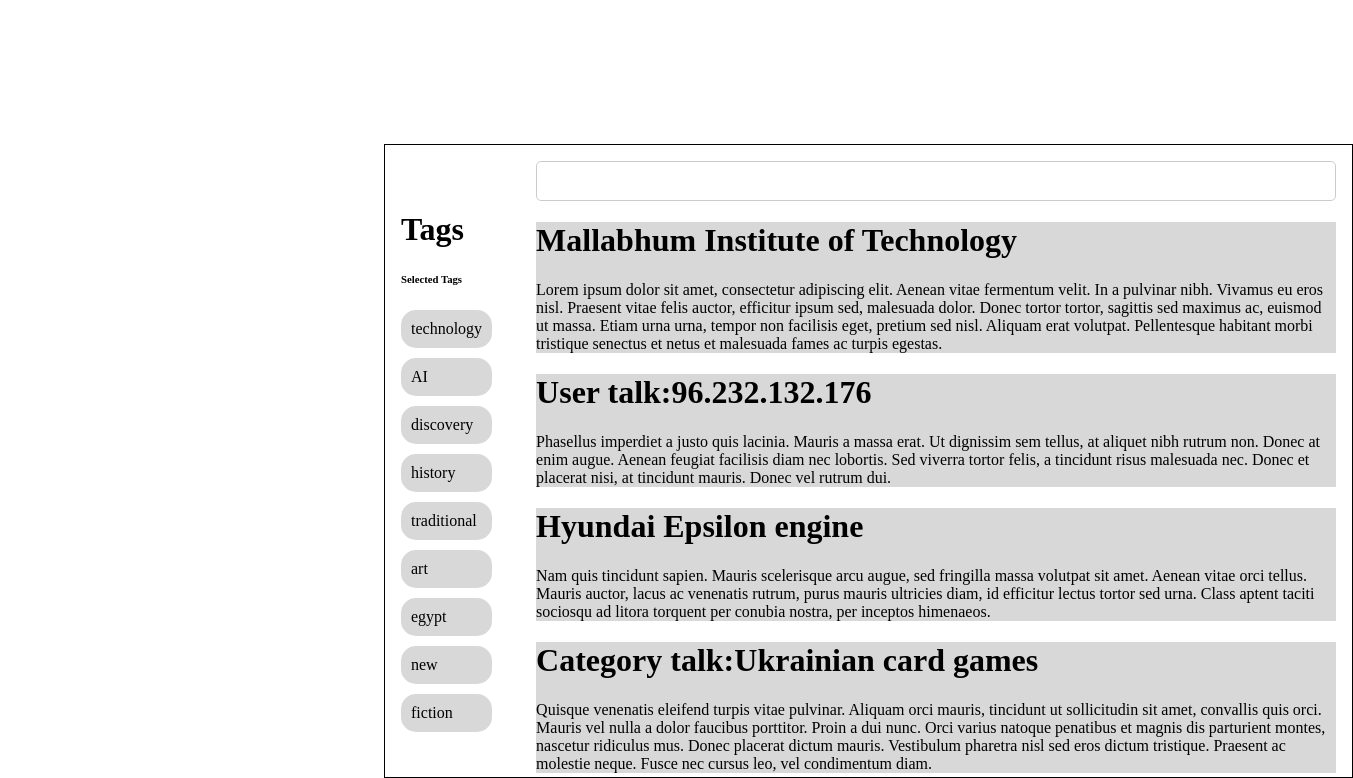
Repository: KelaiAffaf/bridger
Page: /
An editor plug-in stored every save of this project. The page is shown before and after the next save, followed by the edit.
The browser window is 1280 px wide. The page is 1353 px wide, so the pictures cover 1353 px, including what lies to the right of the window. The pictures show the whole page.
The project was rebuilt for these pictures with package versions that can differ from the ones it lists, and the page was loaded fresh each time. Also part of the build but not shown: vite.config.js.

Above is the page before, as saved 2023-06-08 11:44:06.

### src/App.jsx
// eslint-disable-next-line no-unused-vars
import React, { useState } from "react";
import { data } from "./NewComponents/data.js";
import Tag from "./NewComponents/Tag";
import InfoBox from "./NewComponents/InfoBox";

function App() {


  const [value, setValue] = useState("");
  const [selectedTags, setSelectedTags] = useState([]);

  const handleTagClick = (tag) => {
    if (selectedTags.includes(tag)) {
      setSelectedTags(selectedTags.filter((t) => t !== tag));
    } else {
      setSelectedTags([...selectedTags, tag]);
    }
  };


  const getTags = (data) => {
    const tagsArray = [];

    data.forEach((user) => {
      user.tags.forEach((tag) => {
        if (!tagsArray.includes(tag)) {
          tagsArray.push(tag);
        }
      });
    });

    return tagsArray;
  };

  const uniqueTags = getTags(data);

  return (
    <div
      style={{
        display: "flex",
        alignItems: "center",
        gap: 44,
        height: "600px",
        border: "1px solid black",
        overflow: "hidden",
        position: "absolute",
        top: "20%",
        left: "30%",
        padding: "16px"
      }}
    >
      <div>
        <h1>Tags</h1>
        <h6>Selected Tags</h6>

        <Tag
        tags={uniqueTags}
        onTagClick={handleTagClick}
         />
      </div>

      <div style={{ height: "600px" }}>
        <input
          onChange={(e) => setValue(e.target.value)}
          style={{
            padding: '10px',
            border: '1px solid #ccc',
            borderRadius: '5px',
            fontSize: '16px',
            width: '100%',
            boxSizing: 'border-box'
          }}
        />

        <div style={{ overflow: "scroll" }}>
          {data &&
            data.map((user) => (
              <div key={user.id}>
                {(user.title.includes(value) ||
                  user.content.includes(value)
                  ||
                  user.tags.includes(selectedTags)
                  ) && (
                  <InfoBox title={user.title} body={user.content} />
                )}
              </div>
            ))}
        </div>
      </div>
    </div>
  );

}

export default App;

### src/NewComponents/data.js
// articles
export const  data = [
    {
        "id": 1,
        "title": "Mallabhum Institute of Technology",
        "content": "Lorem ipsum dolor sit amet, consectetur adipiscing elit. Aenean vitae fermentum velit. In a pulvinar nibh. Vivamus eu eros nisl. Praesent vitae felis auctor, efficitur ipsum sed, malesuada dolor. Donec tortor tortor, sagittis sed maximus ac, euismod ut massa. Etiam urna urna, tempor non facilisis eget, pretium sed nisl. Aliquam erat volutpat. Pellentesque habitant morbi tristique senectus et netus et malesuada fames ac turpis egestas.",
        "tags": ["technology", "AI", "discovery"]
    },
    {
        "id": 2,
        "title": "User talk:96.232.132.176",
        "content": "Phasellus imperdiet a justo quis lacinia. Mauris a massa erat. Ut dignissim sem tellus, at aliquet nibh rutrum non. Donec at enim augue. Aenean feugiat facilisis diam nec lobortis. Sed viverra tortor felis, a tincidunt risus malesuada nec. Donec et placerat nisi, at tincidunt mauris. Donec vel rutrum dui.",
        "tags": ["history","technology", "traditional"]
    },
    {
        "id": 3,
        "title": "Hyundai Epsilon engine",
        "content": "Nam quis tincidunt sapien. Mauris scelerisque arcu augue, sed fringilla massa volutpat sit amet. Aenean vitae orci tellus. Mauris auctor, lacus ac venenatis rutrum, purus mauris ultricies diam, id efficitur lectus tortor sed urna. Class aptent taciti sociosqu ad litora torquent per conubia nostra, per inceptos himenaeos.",
        "tags": ["art","egypt"]
    },
    {
        "id": 4,
        "title": "Category talk:Ukrainian card games",
        "content": "Quisque venenatis eleifend turpis vitae pulvinar. Aliquam orci mauris, tincidunt ut sollicitudin sit amet, convallis quis orci. Mauris vel nulla a dolor faucibus porttitor. Proin a dui nunc. Orci varius natoque penatibus et magnis dis parturient montes, nascetur ridiculus mus. Donec placerat dictum mauris. Vestibulum pharetra nisl sed eros dictum tristique. Praesent ac molestie neque. Fusce nec cursus leo, vel condimentum diam.",
        "tags": ["discovery","history"]
    },
    {
        "id": 5,
        "title": "Pellentesque non vulputate dolor",
        "content": "Fusce aliquam scelerisque lorem, a gravida ante efficitur eu. Duis ultricies leo scelerisque ante lacinia, ac viverra elit aliquam. Nullam at faucibus nisl. Nunc fringilla in urna sed suscipit. Integer in ipsum lectus. Pellentesque non vulputate dolor, vel scelerisque sapien. Nulla facilisi. Duis at sodales lacus. In hac habitasse platea dictumst.",
        "tags": ["new","fiction"]
    }
  ]

### src/NewComponents/Tag.jsx
/* eslint-disable react/prop-types */
/* eslint-disable no-unused-vars */
import React from 'react'

function Tag({tags,onTagClick}) {
  return (
   <div>
    <div
    style={{
     display:"flex",
     flexDirection:"column",
     gap:10,
    }}
    >
      {tags && tags.map((ele,index)=>
      <div
      style={{
        borderRadius: '15px',
        backgroundColor: '#D8D8D8',
        padding: '10px',
      }}
      key={index} onClick={() => onTagClick(ele)} >
        {ele}
      </div>)
    }
    </div>
   </div>
  )
}

export default Tag

### src/NewComponents/InfoBox.jsx
// eslint-disable-next-line no-unused-vars
import React from 'react'

// eslint-disable-next-line react/prop-types
function InfoBox({title,body}) {
  return (
    <div
    style={{
      backgroundColor: '#D8D8D8',
      width :"800px"
    }}
    >
        <h1>{title}</h1>
        <p>{body} </p>
    </div>
  )
}

export default InfoBox

Loaded but not shown: index.html (common file); src/main.jsx (common file)

After the next save:
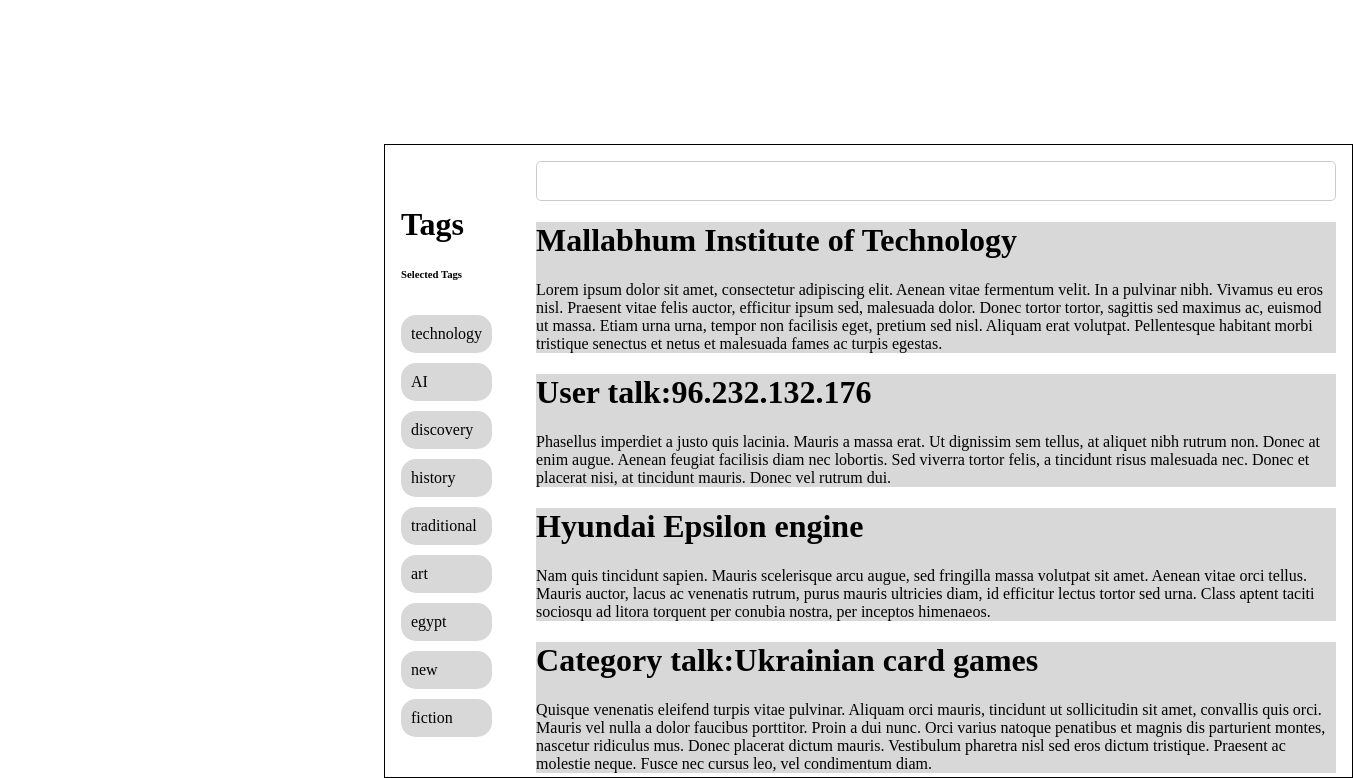
Saved 38 s later.
--- a/src/App.jsx
+++ b/src/App.jsx
@@ -53,7 +53,13 @@
       <div>
         <h1>Tags</h1>
         <h6>Selected Tags</h6>
-
+        <div style={{ display: 'flex', gap: 10, marginBottom: '10px' }}>
+          {selectedTags.map((tag) => (
+            <div key={tag} style={{ backgroundColor: 'grey', padding: '5px', borderRadius: '5px' }}>
+              {tag}
+            </div>
+          ))}
+        </div>
         <Tag
         tags={uniqueTags}
         onTagClick={handleTagClick}
